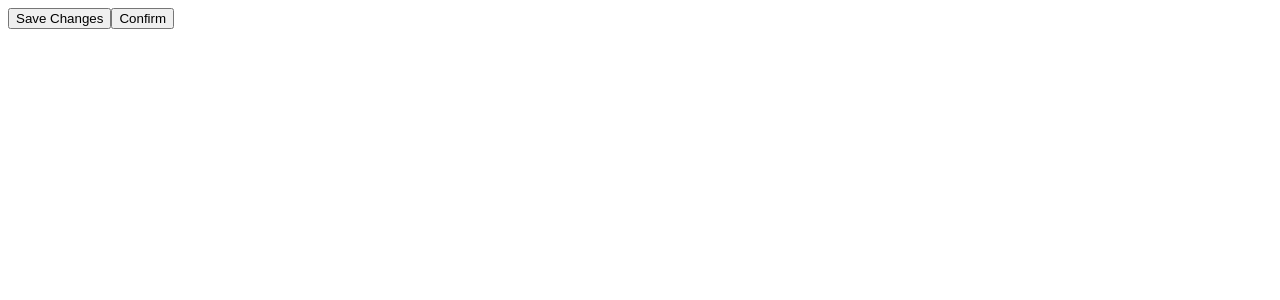
Repository: TaewookKwak/React
Page: props.html
An editor plug-in stored every save of this project. The page is shown before and after the next save, followed by the edit.
The browser window is 1280 px wide. The pictures show the whole page.

Above is the page before, as saved 2021-12-15 11:54:42.

After the next save:
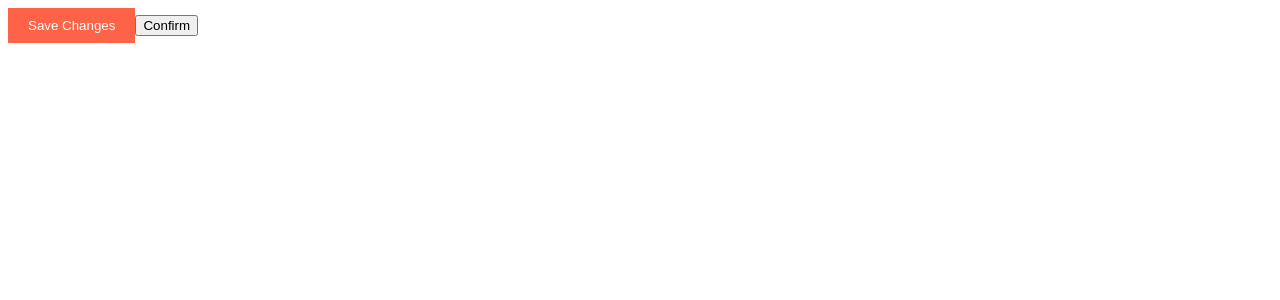
Saved 98 s later.
--- a/props.html
+++ b/props.html
@@ -9,7 +9,18 @@
   <script type="text/babel">
     const root = document.querySelector("#root");
     function SaveBtn() {
-      return <button>Save Changes</button>;
+      return (
+        <button
+          style={{
+            backgroundColor: "tomato",
+            color: "white",
+            padding: "10px 20px",
+            border: "none",
+          }}
+        >
+          Save Changes
+        </button>
+      );
     }
 
     function ConfirmBtn() {
